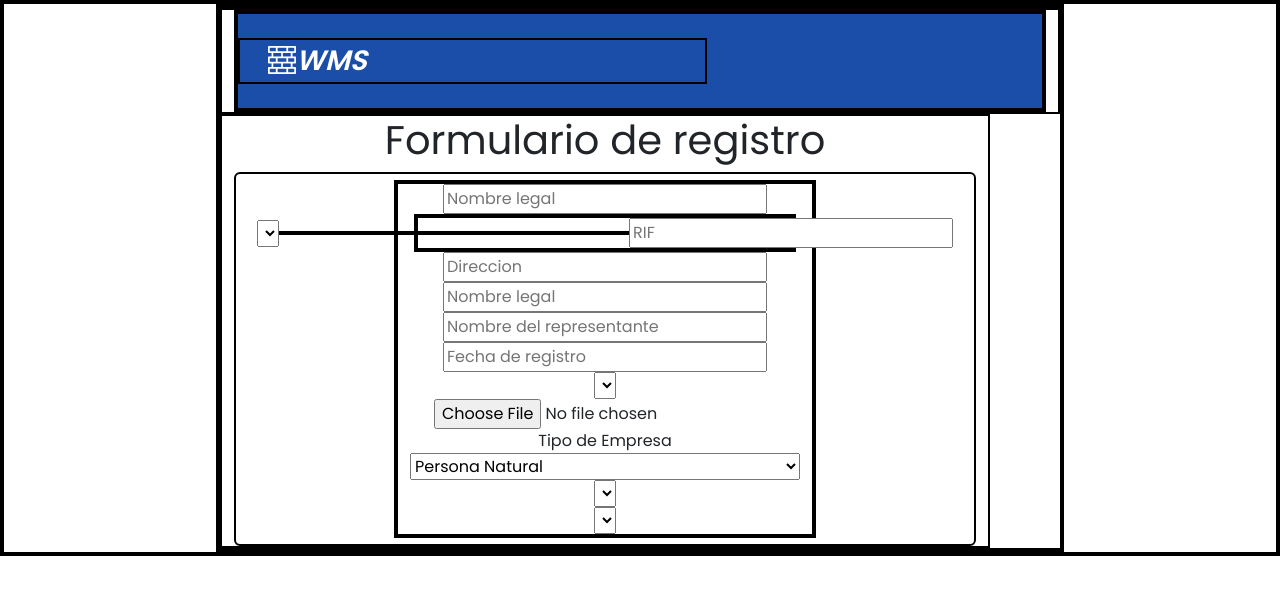
Repository: Rafa-x64/Gestion_inventario_practica
Page: http://localhost/Gestion_inventario/index.php?page=registro-empresa
These files come from the project's save history. The page is drawn as it stood at one moment and after a run of saves; the edit follows.
The browser window is 1280 px wide. The pictures show the whole page.
The page is run by PHP 8.4 with error messages shown; the project is at /var/www/html/.

Above is the page before, as saved 2025-07-23 16:58:05.

### index.php
<?php
require_once "config/app.php";
require_once "controller/vistaC.php";

$controlador = new vistaC();
$controlador->cargarVista();

### config/app.php
<?php

const SERVERURL = "http://localhost/Gestion_inventario/";

const NOMBRE_APLICACION = "WMS";

const MONEDA = ["bolivar" => "Bs.", "dolar" => "$", "euro" => "€", "pesos" => "$", "real" => "R$"];

date_default_timezone_set("America/Caracas");

### controller/vistaC.php
<?php
require_once("./model/vistaM.php"); //debe incluir el codigo del modelo

class vistaC extends vistaM //extiende del modelo para usar sus metodos
{

    public function cargarVista() //funcion que carga la vista segun la url que se obtiene como parametro
    {
        if (isset($_GET["page"])) { //page es el parametro especificado en .htaccess
            $vista = self::obtenerVista($_GET["page"]); //se asigna esa url a vista si esta establecido
        } else {
            $vista = "inicio-view.php"; //se muestra el inicio si no esta establecido el parametro en la url
        }

        require("view/plantilla.php"); //se requiere la plantilla para poder mostrar esa vista
    }
}

### model/vistaM.php
<?php

class vistaM
{
    //metodo que obtiene la vista que se le asigna en $pagina
    protected static function obtenerVista($pagina) //recive una variable pagina
    {
        $paginas_existentes = ["404", "inicio-sesion", "inicio", "registro-empresa"]; //lista de paginas del proyecto
        if (!in_array($pagina, $paginas_existentes)) { //si no esta en el array entonces...
            return "404-view.php"; //pagina de 404
            exit();
        }

        return $pagina . "-view.php"; //retorna $pagina-view para ser abierta por el controlador si esa pagina existe en la lista
    }
}

### view/plantilla.php
    <?php

    //aqui se ejecuta la vista y se muestran los includes si la pagina cumple cierta condicion

    if ($vista != "inicio-view.php" && $vista != "404-view.php" && $vista != "inicio-sesion-view.php" && $vista != "registro-empresa-view.php") {
        include("view/includes/links.php");
        require("view/includes/header.html");
        include("php/" . $vista);
        require("view/includes/footer.html");
        include("view/includes/scripts.php");
    }

    include("view/includes/links.php");
    require("php/" . $vista);
    include("view/includes/scripts.php");

    ?>

### view/includes/links.php
<!DOCTYPE html>
<html lang="en">

<head>
    <meta charset="UTF-8">
    <meta name="viewport" content="width=device-width, initial-scale=1.0">
    <title><?php echo NOMBRE_APLICACION; ?></title>
    <link href="https://cdn.jsdelivr.net/npm/bootstrap@5.3.7/dist/css/bootstrap.min.css" rel="stylesheet"
        integrity="sha384-LN+7fdVzj6u52u30Kp6M/trliBMCMKTyK833zpbD+pXdCLuTusPj697FH4R/5mcr" crossorigin="anonymous">
    <link rel="stylesheet" href="https://cdn.jsdelivr.net/npm/bootstrap-icons@1.10.5/font/bootstrap-icons.css">
    <link rel="stylesheet" href="<?php echo SERVERURL ?>view/css/bordes.css">
    <link rel="stylesheet" href="<?php echo SERVERURL ?>view/css/inicio-view.css">
    <link rel="shortcut icon" href="<?php echo SERVERURL ?>view/images/bootstrap-fill.ico" type="image/x-icon">
    <link rel="stylesheet" href="<?php echo SERVERURL ?>view/css/registro-empresa-view.css">
</head>

<body>

### view/php/registro-empresa-view.php
<style>
    [class*="col"],
    [class*="row"],
    [class*="section"] {
        border: 2px solid black;
    }

    [class*="container"] {
        border: 2px solid black;
    }
</style>
<div class="container-fluid">
    <div class="row d-flex flex-column align-items-center justify-content-center">
        <div class="col-8 align-items-center justify-content-center">
            <div class="row">
                <div class="col">
                    <header id="barra-navegacion">
                        <div class="container-fluid pt">
                            <div class="row flex-row py-4">
                                <div class="col-7 d-flex flex-row justify-content-start">
                                    <i class="bi bi-bricks fs-3 ps-3 text-white">WMS</i>
                                </div>
                            </div>
                        </div>
                    </header>
                </div>
                <div class="col-11 d-flex flex-column align-items-center justify-content-center">
                    <h1>Formulario de registro</h1>
                    <form action="" method="post" class="form-control d-flex flex-column align-items-center justify-content-center">
                        <div class="row d-flex flex-row align-items-center justify-content-center">
                            <div class="col-12 d-flex flex-column align-items-center justify-content-center">
                                <input type="text" name="" id="nombre_legal" placeholder="Nombre legal">
                                <div class="row">
                                    <div class="col-12 d-flex flex-row align-items-center justify-content-center">
                                        <select name="" id="">
                                            <option value=""></option>
                                            <option value=""></option>
                                            <option value=""></option>
                                            <option value=""></option>
                                            <option value=""></option>
                                            <option value=""></option>
                                        </select>
                                        <div class="col-12 d-flex flex-row align-items-center justify-content-center"></div>
                                        <input type="text" name="" id="rif" placeholder="RIF">
                                    </div>
                                </div>
                                <input type="text" name="" id="direccion" placeholder="Direccion">
                                <input type="text" name="" id="nombre_legal" placeholder="Nombre legal">
                                <input:mail id="correo" placeholder="Correo electronico"></input:mail>
                                <input type="text" name="" id="nombre_representante" placeholder="Nombre del representante"><input type="text" name="" id="fecha_registro" placeholder="Fecha de registro">
                                <select name="" id="">
                                    <option value=""></option>
                                    <option value=""></option>
                                </select><input type="file" name="" id="logo"><label for="">Tipo de Empresa</label>
                                <select name="tipo_empresa" id="">
                                    <option value="persona_natural">Persona Natural</option>
                                    <option value="sociedad_anonima">Sociedad Anónima (S.A.)</option>
                                    <option value="sociedad_de_responsabilidad_limitada">Sociedad de Responsabilidad Limitada (S.R.L.)</option>
                                    <option value="sociedad_comanditaria">Sociedad Comanditaria</option>
                                    <option value="sociedad_civil">Sociedad Civil</option>
                                    <option value="cooperativa">Cooperativa</option>
                                    <option value="fundacion">Fundación</option>
                                    <option value="comunidad_de_bienes">Comunidad de Bienes</option>
                                    <option value="empresa_del_estado">Empresa del Estado</option>
                                    <option value="comercial">Comercial</option>
                                    <option value="industrial">Industrial</option>
                                    <option value="servicios">Servicios</option>
                                    <option value="agropecuario">Agropecuario</option>
                                    <option value="tecnologico">Tecnológico</option>
                                    <option value="salud">Salud</option>
                                    <option value="educacion">Educación</option>
                                    <option value="transporte">Transporte</option>
                                    <option value="construccion">Construcción</option>
                                    <option value="turismo">Turismo</option>
                                    <option value="financiero">Financiero</option>
                                    <option value="energia">Energía</option>
                                    <option value="local">Local</option>
                                    <option value="regional">Regional</option>
                                    <option value="nacional">Nacional</option>
                                    <option value="multinacional">Multinacional</option>
                                    <option value="transnacional">Transnacional</option>
                                    <option value="microempresa">Microempresa</option>
                                    <option value="pequena">Pequeña</option>
                                    <option value="mediana">Mediana</option>
                                    <option value="grande">Grande</option>
                                    <option value="privada">Privada</option>
                                    <option value="publica">Pública</option>
                                    <option value="mixta">Mixta</option>
                                    <option value="primario">Primario</option>
                                    <option value="secundario">Secundario</option>
                                    <option value="terciario">Terciario</option>
                                    <option value="cuaternario">Cuaternario</option>
                                    <option value="quinario">Quinario</option>
                                </select>
                                <select name="" id="">Moneda
                                    <option value=""></option>
                                    <option value=""></option>
                                    <option value=""></option>
                                </select><select name="" id="">Zona horaria
                                    <option value=""></option>
                                </select>
                            </div>
                        </div>
                    </form>
                </div>
            </div>
        </div>
    </div>
</div>

<?php
include("./controller/registroEmpresaC.php");
$registro = registroEmpresaC::getFormulario($_POST);
?>

### controller/registroEmpresaC.php
<?php

include_once("./model/mainModel.php");
include_once("./model/empresaM.php");

class registroEmpresaC extends mainModel
{

    public static function getFormulario($formulario) {}

    public static function validar_rif()
    {
        /*Se usa el algoritmo Módulo 11, que toma los primeros 9 caracteres y les aplica una
        fórmula ponderada. El resultado final es el dígito verificador que valida el número
        completo.*/
    }
}

### model/mainModel.php
<?php

include_once("./config/server.php");

class mainModel
{

    protected static function conectar_base_datos()
    {
        try {
            $con = new PDO(SGBD, USUARIO, CONSTRASEÑA);
            $con->exec("SET CARACTER SET utf8");
            return $con;
        } catch (PDOException $e) {
            echo $e->getMessage();
        }
    }

    protected static function consulta_simple($sentenciaSQL)
    {
        $operacion = self::conectar_base_datos()->prepare($sentenciaSQL);
        $operacion->execute();
        return $operacion;
    }
}

### config/server.php
<?php

const SGBD = "mysql:host=localhost;dbname=WMS";

const USUARIO = "root";

const CONSTRASEÑA = "";

const METHOD = "AES-256-CBC";

### model/empresaM.php
<?php

include_once("./model/mainModel.php");

class empresaM extends mainModel
{
    private $id_empresa = ""; //crear una funcion que genere el id de la empresa
    private $nombre_legal = "";
    private $rif = ""; //validar que sea un rif valido segun el pais
    private $direccion = "";
    private $contacto = "";
    private $correo = "";
    private $nombre_representante = "";
    private $fecha_registro = ""; //date
    private $estado_condicion = ""; //booleano
    private $logo = ""; //imagen;
    private $tipo_empresa = "";
    private $moneda = ""; //seleccionar las monedas existentes en ./config/server.php
    private $zona_horaria = "";

    public function __construct(
        $nombre_legal,
        $rif,
        $direccion,
        $contacto,
        $correo,
        $nombre_representante,
        $fecha_registro,
        $estado_condicion,
        $logo,
        $tipo_empresa,
        $moneda,
        $zona_horaria
    ) {
        $this->id_empresa = $this->generarIdEmpresa();
        $this->nombre_legal = $nombre_legal;
        $this->rif = $rif;
        $this->direccion = $direccion;
        $this->contacto = $contacto;
        $this->correo = $correo;
        $this->nombre_representante = $nombre_representante;
        $this->fecha_registro = $fecha_registro;
        $this->estado_condicion = $estado_condicion;
        $this->logo = $logo;
        $this->tipo_empresa = $tipo_empresa;
        $this->moneda = $moneda;
        $this->zona_horaria = $zona_horaria;
    }

    private function generarIdEmpresa()
    {
        return uniqid("EMP_");
    }

    public function getIdEmpresa()
    {
        return $this->id_empresa;
    }

    public function getNombreLegal()
    {
        return $this->nombre_legal;
    }

    public function setNombreLegal($nombre_legal)
    {
        $this->nombre_legal = $nombre_legal;
    }

    public function getRif()
    {
        return $this->rif;
    }

    public function setRif($rif)
    {
        $this->rif = $rif;
    }

    public function getDireccion()
    {
        return $this->direccion;
    }

    public function setDireccion($direccion)
    {
        $this->direccion = $direccion;
    }

    public function getContacto()
    {
        return $this->contacto;
    }

    public function setContacto($contacto)
    {
        $this->contacto = $contacto;
    }

    public function getCorreo()
    {
        return $this->correo;
    }

    public function setCorreo($correo)
    {
        $this->correo = $correo;
    }

    public function getNombreRepresentante()
    {
        return $this->nombre_representante;
    }

    public function setNombreRepresentante($nombre_representante)
    {
        $this->nombre_representante = $nombre_representante;
    }

    public function getFechaRegistro()
    {
        return $this->fecha_registro;
    }

    public function setFechaRegistro($fecha_registro)
    {
        $this->fecha_registro = $fecha_registro;
    }

    public function getEstadoCondicion()
    {
        return $this->estado_condicion;
    }

    public function setEstadoCondicion($estado_condicion)
    {
        $this->estado_condicion = $estado_condicion;
    }

    public function getLogo()
    {
        return $this->logo;
    }

    public function setLogo($logo)
    {
        $this->logo = $logo;
    }

    public function getTipoEmpresa()
    {
        return $this->tipo_empresa;
    }

    public function setTipoEmpresa($tipo_empresa)
    {
        $this->tipo_empresa = $tipo_empresa;
    }

    public function getMoneda()
    {
        return $this->moneda;
    }

    public function setMoneda($moneda)
    {
        $this->moneda = $moneda;
    }

    public function getZonaHoraria()
    {
        return $this->zona_horaria;
    }

    public function setZonaHoraria($zona_horaria)
    {
        $this->zona_horaria = $zona_horaria;
    }

    public function __toString()
    {
        return "Empresa: {$this->nombre_legal}, RIF: {$this->rif}, Dirección: {$this->direccion}, Contacto: {$this->contacto}, Correo: {$this->correo}, Representante: {$this->nombre_representante}, Fecha de registro: {$this->fecha_registro}, Estado: {$this->estado_condicion}, Tipo: {$this->tipo_empresa}, Moneda: {$this->moneda}, Zona horaria: {$this->zona_horaria}";
    }
}

### view/includes/scripts.php
</body>

<script src="https://cdn.jsdelivr.net/npm/bootstrap@5.3.7/dist/js/bootstrap.bundle.min.js"
    integrity="sha384-ndDqU0Gzau9qJ1lfW4pNLlhNTkCfHzAVBReH9diLvGRem5+R9g2FzA8ZGN954O5Q"
    crossorigin="anonymous">
</script>

</html>

### view/css/bordes.css
@import url('https://fonts.googleapis.com/css2?family=Poppins:wght@300;400;600&display=swap');

body {
    margin: 0;
    padding: 0;
    font-size: 1rem;
    font-weight: 600;
    font-family: 'Poppins', sans-serif;
}

/*----------comentar para ocultar los bordes visibles--------------*/
[class*="col"],
[class*="row"],
[class*="section"] {
    border: 2px solid black;
}

[class*="container"] {
    border: 2px solid black;
}

### view/css/inicio-view.css
#main {
    background-color: #e5eeff;
}

#barra-navegacion {
    background-color: #1a4ea9;
}

#eslogan {
    color: white;
}

#registro-sesion a {
    text-decoration: none;
    color: white;
    border-radius: 1rem;
}

#registro,
#inicio-sesion {
    border-radius: 1rem;
}



#conocenos h1 {
    color: #1a4ea9;
    font-size: 3.5rem;
    font-weight: bold;
}

#comparativa {
    position: relative;
    background-color: white;
    border-radius: 1rem;
    box-shadow: 0 4px 12px #c5d3e0;
}

.icono-superior {
    position: absolute;
    top: -25px;
    /* sobresale por arriba */
    right: -20px;
    /* sobresale por la izquierda */
    z-index: 9999;
}

#comparativa h1 {
    font-size: 2.5rem;
    font-weight: bold;
}

#comparativa i {
    color: #00923F !important;
}

#comparativa b {
    color: #1a4ea9;
}

Loaded but not shown: view/css/registro-empresa-view.css (no copy from this time; the picture is the same without it)

After the next 3 saves:
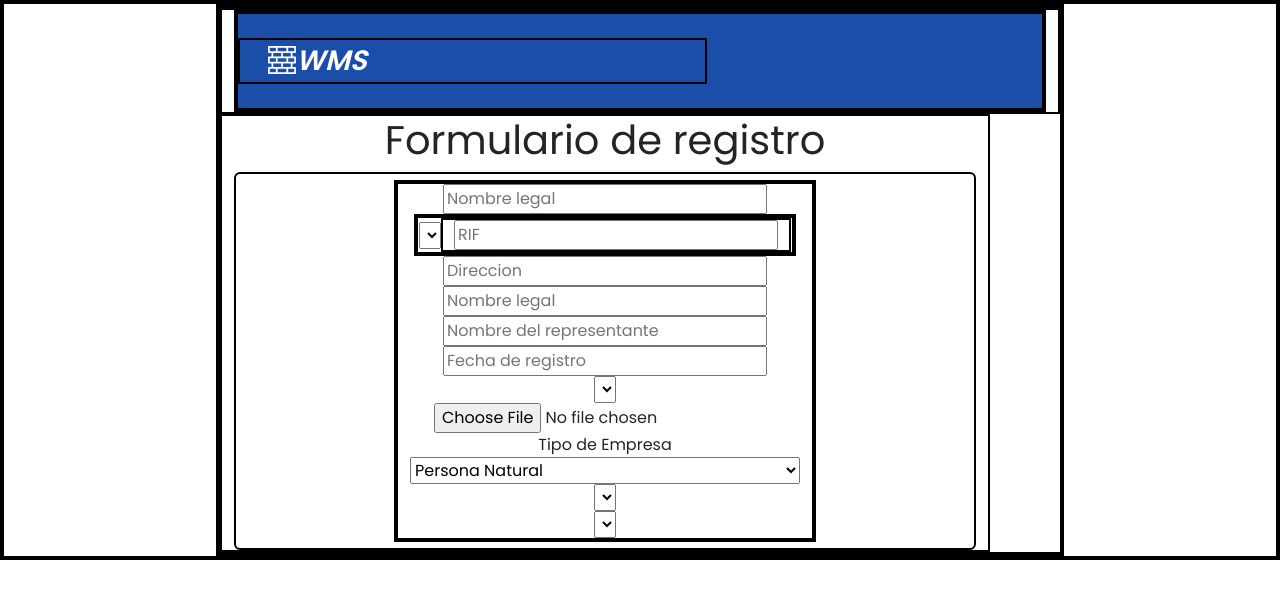
The 3 saves are shown as one change because they came seconds apart.
The last was saved 10 s later.
--- a/view/php/registro-empresa-view.php
+++ b/view/php/registro-empresa-view.php
@@ -40,8 +40,9 @@
                                             <option value=""></option>
                                             <option value=""></option>
                                         </select>
-                                        <div class="col-12 d-flex flex-row align-items-center justify-content-center"></div>
-                                        <input type="text" name="" id="rif" placeholder="RIF">
+                                        <div class="col-12 d-flex flex-row align-items-center justify-content-center">
+                                            <input type="text" name="" id="rif" placeholder="RIF">
+                                        </div>
                                     </div>
                                 </div>
                                 <input type="text" name="" id="direccion" placeholder="Direccion">
